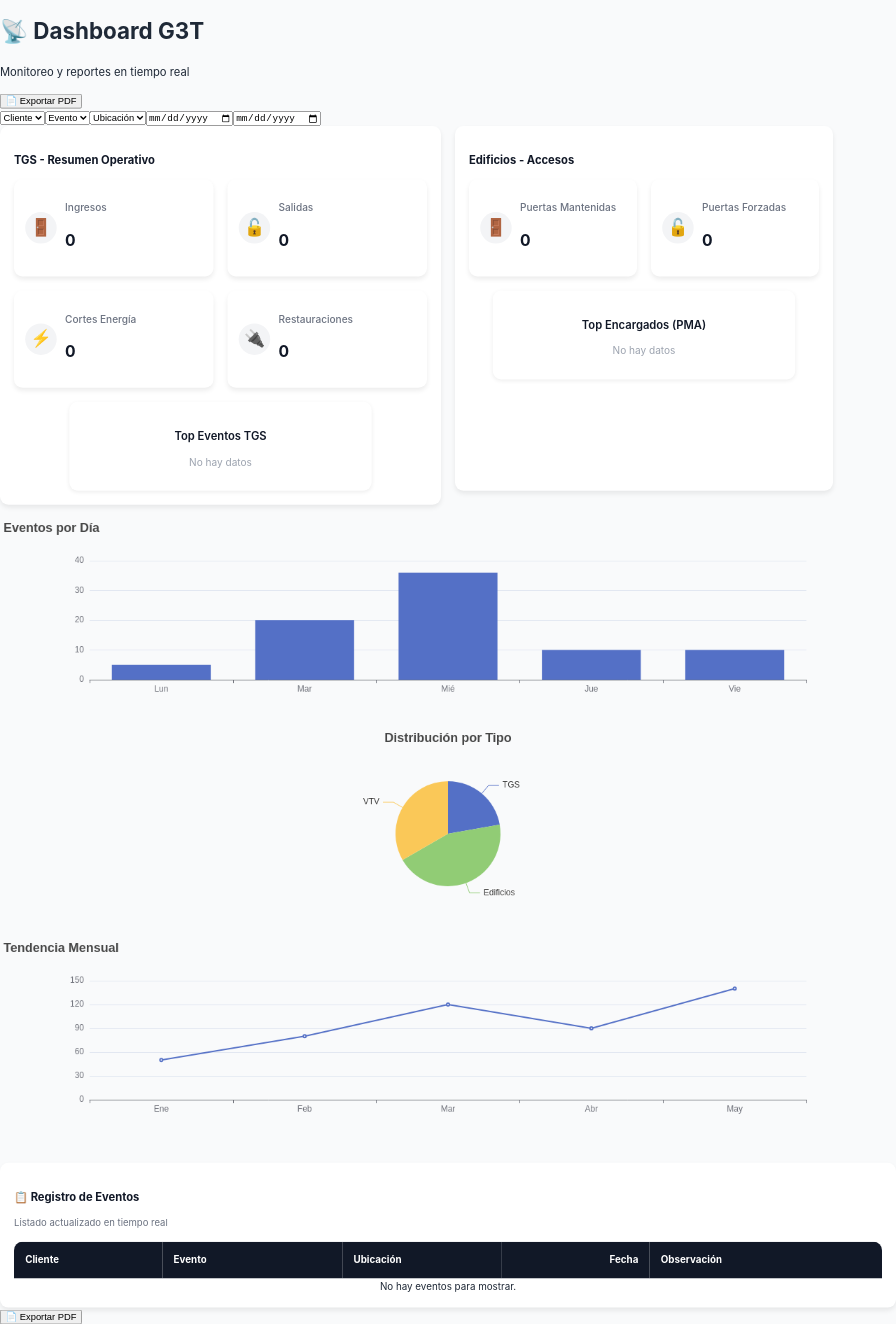
Repository: BBrian11/reportes
Page: /
An editor plug-in stored every save of this project. The page is shown before and after the next save, followed by the edit.
The browser window is 1280 px wide. The pictures show the whole page, at 70% of full size.
The page's requests for data from a server got no answer. The project was rebuilt for these pictures with package versions that can differ from the ones it lists, and the page was loaded fresh each time. No one was signed in, and anything a server would have sent is missing. Also part of the build but not shown: vite.config.js, src/styles/form.css.

Above is the page before, as saved 2025-07-29 16:47:42.

### index.html
<!DOCTYPE html>
<html lang="es">
  <head>
    <meta charset="UTF-8" />
    <meta name="viewport" content="width=device-width, initial-scale=1.0" />
    <title>Dashboard G3T</title>
  </head>
  <body>
    <div id="root"></div>
    <script type="module" src="/src/main.jsx"></script>
  </body>
</html>

### src/main.jsx
import React from "react";
import ReactDOM from "react-dom/client";
import App from "./App.jsx";
import "./styles/dashboard.css";
import "./styles/form.css";

ReactDOM.createRoot(document.getElementById("root")).render(
  <React.StrictMode>
    <App />
  </React.StrictMode>
);

### src/App.jsx
import React from "react";
import Dashboard from "./components/Dashboard/Dashboard.jsx";

export default function App() {
  return <Dashboard />;
}

### src/components/Dashboard/Dashboard.jsx
// src/components/Dashboard/Dashboard.jsx
import React, { useEffect, useState } from "react";
import Header from "./Header.jsx";
import StatsCards from "./StatsCards.jsx";
import Filters from "./Filters.jsx";
import Charts from "./Charts.jsx";
import EventsTable from "./EventsTable.jsx";
import ExportPDF from "./ExportPDF.jsx";

import { collection, onSnapshot } from "firebase/firestore";
import { db } from "../../services/firebase";
import "../../styles/dashboard.css";
import TgsStats from "./TgsStats.jsx";
import EdificioStats from "./EdificioStats.jsx";

export default function Dashboard() {
  const [eventos, setEventos] = useState([]);
  const [filtros, setFiltros] = useState({
    cliente: "",
    evento: "",
    ubicacion: "",
    fechaInicio: "",
    fechaFin: "",
  });

  // 🔹 Cargar datos de TODAS las colecciones
  useEffect(() => {
    const collections = [
      { path: "novedades/tgs/eventos", cliente: "TGS", eventoKey: "evento-tgs", ubicacionKey: "locaciones-tgs" },
      { path: "novedades/edificios/eventos", cliente: "Edificios", eventoKey: "evento-edificio" }, // 🔥 Sin ubicacionKey fijo
      { path: "novedades/vtv/eventos", cliente: "VTV", eventoKey: "evento-vtv", ubicacionKey: "planta-vtv" },
      { path: "novedades/barrios/eventos", cliente: "Barrios", eventoKey: "evento-barrios", ubicacionKey: "barrio" },
      { path: "novedades/otros/eventos", cliente: "Otros", eventoKey: "evento-otros", ubicacionKey: "otro" }
    ];


    const unsubscribes = collections.map(({ path, cliente, eventoKey, ubicacionKey }) =>
      onSnapshot(collection(db, path), (snapshot) => {
        const nuevos = snapshot.docs.map((doc) => {
          const d = doc.data();

          let ubicacion = "Sin Ubicación";

          if (cliente === "Edificios") {
            // ✅ Armar la ubicación con Edificio + Unidad
            const edificio = d["edificio"] || "";
            const unidad = d["unidad"] ? ` - ${d["unidad"]}` : "";
            ubicacion = edificio ? edificio + unidad : "Sin Ubicación";
          } else {
            // ✅ Para los demás clientes usamos ubicacionKey
            ubicacion = d[ubicacionKey] || "Sin Ubicación";
          }

          return {
            id: doc.id,
            cliente,
            evento: d[eventoKey] || "Sin Evento",
            ubicacion,
            fecha: d.fechaHoraEnvio
              ? new Date(d.fechaHoraEnvio.seconds * 1000).toLocaleString("es-AR")
              : "Sin Fecha",
            observacion: d[`observaciones-${cliente.toLowerCase()}`] || "Sin Observación",
          };
        });


        setEventos((prev) => {
          const filtradosPrev = prev.filter((e) => e.cliente !== cliente);
          return [...filtradosPrev, ...nuevos];
        });
      })
    );

    return () => unsubscribes.forEach((unsub) => unsub());
  }, []);

  // 🔍 Aplicar filtros
  const eventosFiltrados = eventos.filter((e) => {
    const fecha = new Date(e.fecha);
    const fechaInicio = filtros.fechaInicio ? new Date(filtros.fechaInicio) : null;
    const fechaFin = filtros.fechaFin ? new Date(filtros.fechaFin) : null;

    return (
      (!filtros.cliente || e.cliente === filtros.cliente) &&
      (!filtros.evento || e.evento === filtros.evento) &&
      (!filtros.ubicacion || e.ubicacion === filtros.ubicacion) &&
      (!fechaInicio || fecha >= fechaInicio) &&
      (!fechaFin || fecha <= fechaFin)
    );
  });

  return (
    <div className="dashboard-container">
      <Header />
      <Filters filtros={filtros} setFiltros={setFiltros} eventos={eventos} />
      <div className="dashboard-grid">
  <TgsStats eventos={eventosFiltrados} />
  <EdificioStats eventos={eventosFiltrados} />
</div>


      <Charts eventos={eventosFiltrados} />
      <EventsTable eventos={eventosFiltrados} />
      <ExportPDF eventos={eventosFiltrados} />
    </div>
  );

}

### src/components/Dashboard/Header.jsx
import React from 'react';

export default function Header() {
  return (
    <div className="bg-gradient-to-r from-blue-700 to-indigo-800 text-white p-4 rounded-lg shadow-md flex justify-between items-center mb-4">
      <div>
        <h1 className="text-xl font-bold">📡 Dashboard G3T</h1>
        <p className="text-sm">Monitoreo y reportes en tiempo real</p>
      </div>
      <button className="bg-white text-blue-900 px-4 py-2 rounded shadow hover:bg-gray-200 transition">
        📄 Exportar PDF
      </button>
    </div>
  );
}

### src/components/Dashboard/Filters.jsx
import React from 'react';

export default function Filters() {
  return (
    <div className="bg-white p-4 rounded-lg shadow mb-4 flex flex-wrap gap-2">
      <select className="border p-2 rounded w-full md:w-auto">
        <option>Cliente</option>
      </select>
      <select className="border p-2 rounded w-full md:w-auto">
        <option>Evento</option>
      </select>
      <select className="border p-2 rounded w-full md:w-auto">
        <option>Ubicación</option>
      </select>
      <input type="date" className="border p-2 rounded w-full md:w-auto" />
      <input type="date" className="border p-2 rounded w-full md:w-auto" />
    </div>
  );
}

### src/components/Dashboard/Charts.jsx
import React from 'react';
import BarChart from './BarChart.jsx';
import PieChart from './PieChart.jsx';
import LineChart from './LineChart.jsx';

export default function Charts() {
  return (
    <div className="grid grid-cols-1 lg:grid-cols-3 gap-4 mb-4">
      <BarChart />
      <PieChart />
      <LineChart />
    </div>
  );
}

### src/components/Dashboard/EventsTable.jsx
import React from "react";
import DataTable, { createTheme } from "react-data-table-component";
import "../../styles/eventstable.css";

// ✅ Tema personalizado para DataTable
createTheme("g3tTheme", {
  text: {
    primary: "#1f2937",
    secondary: "#6b7280",
  },
  background: {
    default: "#ffffff",
  },
  context: {
    background: "#2563eb",
    text: "#FFFFFF",
  },
  divider: {
    default: "#e5e7eb",
  },
  action: {
    button: "rgba(0,0,0,.54)",
    hover: "rgba(0,0,0,.08)",
    disabled: "rgba(0,0,0,.12)",
  },
});

export default function EventsTable({ eventos }) {
  const columns = [
    { name: "Cliente", selector: row => row.cliente, sortable: true, grow: 1.2 },
    { name: "Evento", selector: row => row.evento, sortable: true, grow: 1.5 },
    { name: "Ubicación", selector: row => row.ubicacion, grow: 1.3 },
    { name: "Fecha", selector: row => row.fecha, sortable: true, right: true, grow: 1.2 },
    { name: "Observación", selector: row => row.observacion, grow: 2, wrap: true },
  ];

  const customStyles = {
    headCells: {
      style: {
        fontWeight: "700",
        fontSize: "14px",
        backgroundColor: "#111827",
        color: "#fff",
        paddingTop: "12px",
        paddingBottom: "12px",
      },
    },
    cells: {
      style: {
        fontSize: "13px",
        paddingTop: "8px",
        paddingBottom: "8px",
      },
    },
    rows: {
      style: {
        "&:hover": {
          backgroundColor: "#f3f4f6",
          cursor: "pointer",
        },
      },
    },
  };

  return (
    <div className="event-table-card">
      <div className="table-header">
        <h3 className="table-title">
          📋 Registro de Eventos
        </h3>
        <span className="table-subtitle">Listado actualizado en tiempo real</span>
      </div>
      <DataTable
        columns={columns}
        data={eventos}
        pagination
        highlightOnHover
        responsive
        persistTableHead
        striped
        noDataComponent="No hay eventos para mostrar."
        theme="g3tTheme"
        customStyles={customStyles}
        paginationPerPage={10}
        paginationRowsPerPageOptions={[10, 20, 50]}
        fixedHeader
        fixedHeaderScrollHeight="400px"
      />
    </div>
  );
}

### src/components/Dashboard/ExportPDF.jsx
import React from 'react';

export default function ExportPDF() {
  const handleExport = () => {
    alert('Generación de PDF en desarrollo');
  };

  return (
    <div className="text-center mb-4">
      <button
        onClick={handleExport}
        className="bg-blue-600 text-white px-6 py-2 rounded shadow hover:bg-blue-700 transition"
      >
        📄 Exportar PDF
      </button>
    </div>
  );
}

### src/components/Dashboard/TgsStats.jsx
import React from "react";
import "../../styles/tgsstats.css";

export default function TgsStats({ eventos }) {
  const aperturas = eventos.filter(e => e.evento.includes("Ingreso de Personal")).length;
  const cierres = eventos.filter(e => e.evento.includes("Salida de Personal")).length;
  const cortes = eventos.filter(e => e.evento.includes("Corte de energía eléctrica")).length;
  const restauraciones = eventos.filter(e => e.evento.includes("Restauración de energía eléctrica")).length;

  const stats = [
    { icon: "🚪", label: "Ingresos", value: aperturas },
    { icon: "🔓", label: "Salidas", value: cierres },
    { icon: "⚡", label: "Cortes Energía", value: cortes },
    { icon: "🔌", label: "Restauraciones", value: restauraciones },
  ];

  // Ranking dinámico: top eventos TGS
  const eventosTgs = eventos.filter(e => e.cliente === "TGS");
  const countEventos = {};
  eventosTgs.forEach(e => {
    countEventos[e.evento] = (countEventos[e.evento] || 0) + 1;
  });
  const topEventos = Object.entries(countEventos).sort((a, b) => b[1] - a[1]).slice(0, 5);

  return (
    <div className="tgs-card">
      <h3 className="section-title">TGS - Resumen Operativo</h3>
      <div className="stats-grid">
        {stats.map((item, idx) => (
          <div key={idx} className="stats-card">
            <div className="stats-icon">{item.icon}</div>
            <div>
              <p className="stats-title">{item.label}</p>
              <h2 className="stats-value">{item.value}</h2>
            </div>
          </div>
        ))}
      </div>

      {/* Ranking */}
      <div className="ranking-card">
        <h4 className="ranking-title">Top Eventos TGS</h4>
        {topEventos.length > 0 ? (
          <ul className="ranking-list">
            {topEventos.map(([nombre, count], idx) => (
              <li key={idx} className="ranking-item">
                <span className="ranking-name">{nombre}</span>
                <span className="ranking-count">{count}</span>
              </li>
            ))}
          </ul>
        ) : (
          <p className="ranking-empty">No hay datos</p>
        )}
      </div>
    </div>
  );
}

### src/components/Dashboard/EdificioStats.jsx
import React from "react";
import "../../styles/edificiostats.css";

export default function EdificioStats({ eventos }) {
  const totalPMA = eventos.filter(e => e.evento.includes("Puerta Mantenida Abierta")).length;
  const totalForzada = eventos.filter(e => e.evento.includes("Puerta Forzada")).length;

  const encargados = {};
  eventos.forEach(e => {
    if (e.evento.includes("Puerta Mantenida Abierta") && e.observacion?.includes("Encargado")) {
      encargados[e.observacion] = (encargados[e.observacion] || 0) + 1;
    }
  });

  const topEncargados = Object.entries(encargados).sort((a, b) => b[1] - a[1]).slice(0, 5);

  return (
    <div className="edificio-card">
      <h3 className="section-title">Edificios - Accesos</h3>

      {/* KPIs */}
      <div className="stats-grid">
        <div className="stats-card">
          <div className="stats-icon">🚪</div>
          <div>
            <p className="stats-title">Puertas Mantenidas</p>
            <h2 className="stats-value">{totalPMA}</h2>
          </div>
        </div>
        <div className="stats-card">
          <div className="stats-icon">🔓</div>
          <div>
            <p className="stats-title">Puertas Forzadas</p>
            <h2 className="stats-value">{totalForzada}</h2>
          </div>
        </div>
      </div>

      {/* Ranking como card */}
      <div className="ranking-card">
        <h4 className="ranking-title">Top Encargados (PMA)</h4>
        {topEncargados.length > 0 ? (
          <ul className="ranking-list">
            {topEncargados.map(([nombre, count], idx) => (
              <li key={idx} className="ranking-item">
                <span className="ranking-name">{nombre}</span>
                <span className="ranking-count">{count}</span>
              </li>
            ))}
          </ul>
        ) : (
          <p className="ranking-empty">No hay datos</p>
        )}
      </div>
    </div>
  );
}

### src/styles/statscards.css
.stats-grid {
    display: grid;
    grid-template-columns: 1fr;
    gap: 20px;
    margin-bottom: 20px;
  }

  @media (min-width: 768px) {
    .stats-grid {
      grid-template-columns: repeat(3, 1fr);
    }
  }

  .stats-card {
    background: #fff;
    padding: 20px;
    border-radius: 12px;
    box-shadow: 0 4px 8px rgba(0,0,0,0.08);
    display: flex;
    align-items: center;
    gap: 15px;
    transition: transform 0.2s ease, box-shadow 0.2s ease;
  }

  .stats-card:hover {
    transform: translateY(-4px);
    box-shadow: 0 8px 16px rgba(0,0,0,0.12);
  }

  .stats-icon {
    font-size: 2rem;
    background: #f3f4f6;
    border-radius: 50%;
    width: 50px;
    height: 50px;
    display: flex;
    align-items: center;
    justify-content: center;
  }

  .stats-title {
    font-size: 0.9rem;
    color: #6b7280;
    font-weight: 500;
  }

  .stats-value {
    font-size: 1.4rem;
    font-weight: bold;
    color: #111827;
  }

  .loading-message {
    text-align: center;
    font-size: 1rem;
    color: #9ca3af;
  }

### src/components/Dashboard/BarChart.jsx
import React, { useEffect } from 'react';
import * as echarts from 'echarts';

export default function BarChart() {
  useEffect(() => {
    const chart = echarts.init(document.getElementById('barChart'));
    chart.setOption({
      title: { text: 'Eventos por Día' },
      tooltip: {},
      xAxis: { data: ['Lun', 'Mar', 'Mié', 'Jue', 'Vie'] },
      yAxis: {},
      series: [{ type: 'bar', data: [5, 20, 36, 10, 10] }]
    });
  }, []);

  return <div id="barChart" style={{ height: '300px' }} className="bg-white rounded-lg shadow p-2"></div>;
}

### src/components/Dashboard/PieChart.jsx
import React, { useEffect } from 'react';
import * as echarts from 'echarts';

export default function PieChart() {
  useEffect(() => {
    const chart = echarts.init(document.getElementById('pieChart'));
    chart.setOption({
      title: { text: 'Distribución por Tipo', left: 'center' },
      series: [
        {
          type: 'pie',
          radius: '50%',
          data: [
            { value: 10, name: 'TGS' },
            { value: 20, name: 'Edificios' },
            { value: 15, name: 'VTV' }
          ]
        }
      ]
    });
  }, []);

  return <div id="pieChart" style={{ height: '300px' }} className="bg-white rounded-lg shadow p-2"></div>;
}

### src/components/Dashboard/LineChart.jsx
import React, { useEffect } from 'react';
import * as echarts from 'echarts';

export default function LineChart() {
  useEffect(() => {
    const chart = echarts.init(document.getElementById('lineChart'));
    chart.setOption({
      title: { text: 'Tendencia Mensual' },
      xAxis: { type: 'category', data: ['Ene', 'Feb', 'Mar', 'Abr', 'May'] },
      yAxis: { type: 'value' },
      series: [{ data: [50, 80, 120, 90, 140], type: 'line' }]
    });
  }, []);

  return <div id="lineChart" style={{ height: '300px' }} className="bg-white rounded-lg shadow p-2"></div>;
}

### src/styles/eventstable.css
.event-table-card {
    background: #fff;
    border-radius: 12px;
    box-shadow: 0 4px 8px rgba(0,0,0,0.08);
    padding: 20px;
    margin-top: 20px;
    overflow: hidden;
  }

  .table-header {
    display: flex;
    flex-direction: column;
    margin-bottom: 16px;
  }

  .table-title {
    font-size: 1rem;
    font-weight: 700;
    color: #111827;
    display: flex;
    align-items: center;
    gap: 8px;
  }

  .table-subtitle {
    font-size: 0.85rem;
    color: #6b7280;
  }

  .rdt_TableHeader {
    border-bottom: 1px solid #e5e7eb;
  }

  .rdt_Table {
    font-size: 14px;
  }

  .rdt_TableRow {
    transition: background 0.2s ease;
  }

  .rdt_TableRow:hover {
    background: #f9fafb;
  }

  .rdt_Pagination {
    border-top: 1px solid #e5e7eb;
    padding: 10px;
    font-size: 0.85rem;
  }

### src/styles/tgsstats.css
.tgs-card {
    background: #fff;
    border-radius: 12px;
    padding: 20px;
    box-shadow: 0 4px 8px rgba(0,0,0,0.08);
  }

  .section-title {
    font-size: 1rem;
    font-weight: bold;
    margin-bottom: 16px;
    color: #111827;
  }

  .stats-grid {
    display: grid;
    grid-template-columns: 1fr 1fr;
    gap: 20px;
    margin-bottom: 20px;
  }

  .stats-card {
    background: #fff;
    padding: 16px;
    border-radius: 12px;
    box-shadow: 0 4px 8px rgba(0,0,0,0.08);
    display: flex;
    align-items: center;
    gap: 12px;
    transition: transform 0.2s ease, box-shadow 0.2s ease;
  }

  .stats-card:hover {
    transform: translateY(-4px);
    box-shadow: 0 8px 16px rgba(0,0,0,0.12);
  }

  .stats-icon {
    font-size: 1.5rem;
    background: #f3f4f6;
    border-radius: 50%;
    width: 45px;
    height: 45px;
    display: flex;
    align-items: center;
    justify-content: center;
  }

  .stats-title {
    font-size: 0.9rem;
    color: #6b7280;
    font-weight: 500;
  }

  .stats-value {
    font-size: 1.4rem;
    font-weight: bold;
    color: #111827;
  }

  /* Ranking */
  .ranking-card {
    margin-top: 20px;
    background: #fff;
    padding: 16px;
    border-radius: 12px;
    box-shadow: 0 4px 8px rgba(0,0,0,0.08);
  }

  .ranking-title {
    font-size: 1rem;
    font-weight: 600;
    margin-bottom: 12px;
    text-align: center;
    color: #111827;
  }

  .ranking-list {
    list-style: none;
    padding: 0;
    margin: 0;
  }

  .ranking-item {
    display: flex;
    justify-content: space-between;
    padding: 10px 12px;
    background: #f9fafb;
    border-radius: 8px;
    margin-bottom: 8px;
    font-size: 0.9rem;
    transition: background 0.2s ease;
  }

  .ranking-item:hover {
    background: #f3f4f6;
  }

  .ranking-count {
    font-weight: bold;
    color: #2563eb;
  }

  .ranking-empty {
    text-align: center;
    color: #9ca3af;
  }

### src/styles/edificiostats.css
/* Contenedor principal */
.edificio-card {
    background: #fff;
    border-radius: 12px;
    padding: 20px;
    margin-bottom: 20px;
    box-shadow: 0 4px 8px rgba(0, 0, 0, 0.08);
    max-width: 500px; /* ✅ Para que no se estire */
  }

  /* Ranking Card (modo card real) */
  .ranking-card {
    margin-top: 20px;
    background: #fff;
    border-radius: 12px;
    padding: 16px;
    box-shadow: 0 2px 6px rgba(0, 0, 0, 0.08);
    max-width: 400px; /* ✅ Limita ancho */
    margin-left: auto;
    margin-right: auto; /* ✅ Centrado */
  }

  /* Título */
  .ranking-title {
    font-size: 1rem;
    font-weight: 600;
    color: #111827;
    margin-bottom: 12px;
    text-align: center;
  }

  /* Lista */
  .ranking-list {
    list-style: none;
    padding: 0;
    margin: 0;
  }

  /* Ítems tipo card */
  .ranking-item {
    display: flex;
    justify-content: space-between;
    align-items: center;
    padding: 10px 12px;
    background: #f9fafb;
    border-radius: 8px;
    margin-bottom: 8px;
    font-size: 0.95rem;
    font-weight: 500;
    color: #374151;
    transition: background 0.2s ease;
  }

  .ranking-item:hover {
    background: #f3f4f6;
  }

  /* Nombre */
  .ranking-name {
    max-width: 70%;
    white-space: nowrap;
    overflow: hidden;
    text-overflow: ellipsis;
  }

  /* Contador */
  .ranking-count {
    font-weight: bold;
    color: #2563eb;
  }

  /* Mensaje vacío */
  .ranking-empty {
    text-align: center;
    color: #9ca3af;
    font-size: 0.9rem;
  }

### src/components/Dashboard/StatsCards.jsx
import React from "react";
import "../../styles/statscards.css";

export default function StatsCards({ eventos }) {
  if (!eventos || eventos.length === 0) {
    return <div className="loading-message">Cargando estadísticas...</div>;
  }

  const eventCount = {};
  const locationCount = {};

  eventos.forEach((e) => {
    eventCount[e.evento] = (eventCount[e.evento] || 0) + 1;
    locationCount[e.ubicacion] = (locationCount[e.ubicacion] || 0) + 1;
  });

  const eventoMasFrecuente = Object.entries(eventCount).sort((a, b) => b[1] - a[1])[0][0];
  const ubicacionMasFrecuente = Object.entries(locationCount).sort((a, b) => b[1] - a[1])[0][0];

  const eventosCriticosLista = ["alarma", "puerta forzada", "coacción", "pánico", "intrusión", "robo"];
  const eventoCritico =
    eventos.find((e) =>
      eventosCriticosLista.some((critico) =>
        e.evento.toLowerCase().includes(critico)
      )
    )?.evento || "Sin Evento Crítico";

  const stats = [
    { icon: "📊", title: "Evento más frecuente", value: eventoMasFrecuente },
    { icon: "📍", title: "Ubicación con más eventos", value: ubicacionMasFrecuente },
    { icon: "⚠", title: "Evento crítico detectado", value: eventoCritico },
  ];

  return (
    <div className="stats-grid">
      {stats.map((stat, index) => (
        <div key={index} className="stats-card">
          <div className="stats-icon">{stat.icon}</div>
          <div>
            <p className="stats-title">{stat.title}</p>
            <h2 className="stats-value">{stat.value}</h2>
          </div>
        </div>
      ))}
    </div>
  );
}

Loaded but not shown: src/services/firebase.js (16 lines, source omitted); src/styles/dashboard.css (265 lines, source omitted)

After the next save:
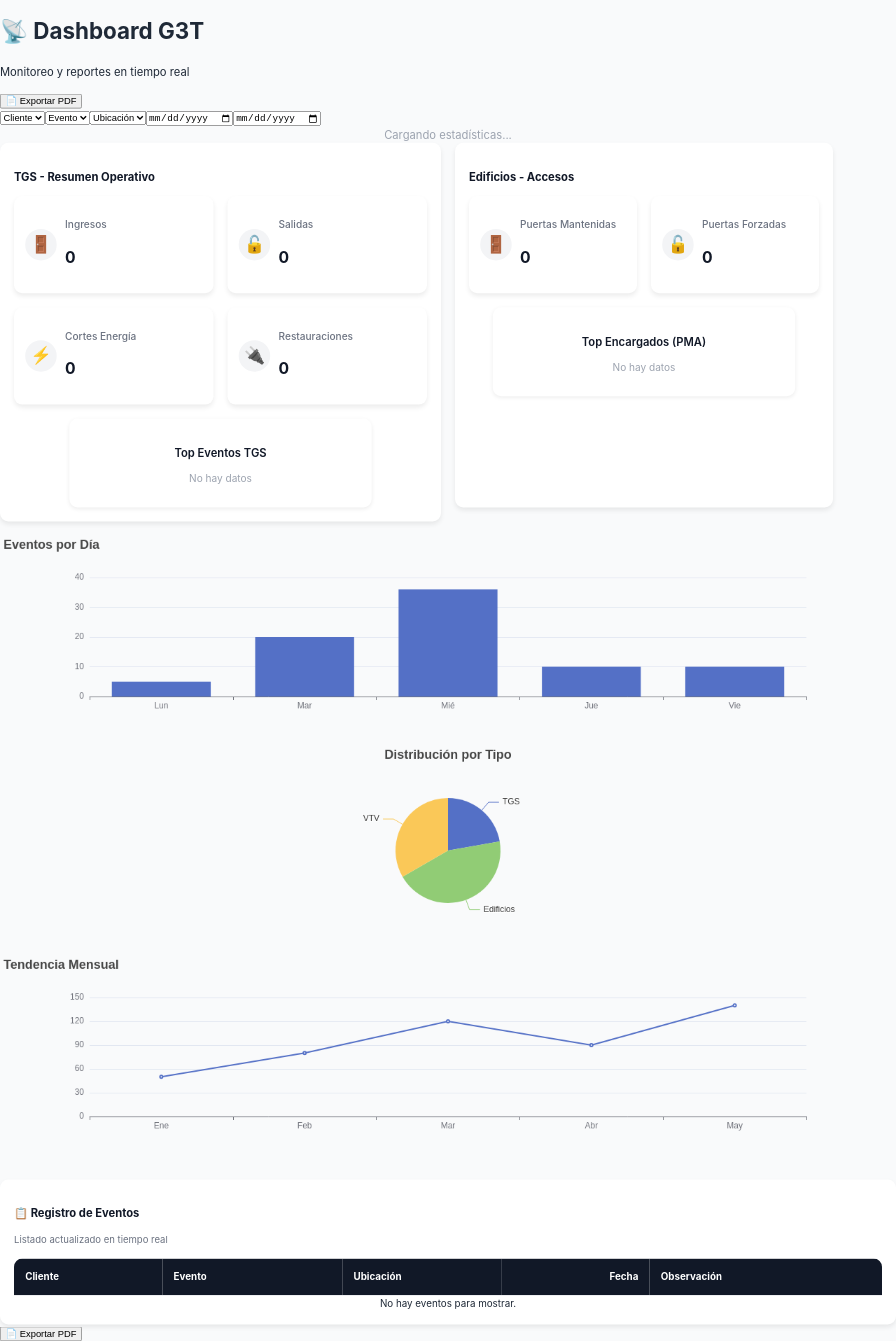
Saved 93 s later.
--- a/src/components/Dashboard/Dashboard.jsx
+++ b/src/components/Dashboard/Dashboard.jsx
@@ -92,17 +92,30 @@ export default function Dashboard() {
   return (
     <div className="dashboard-container">
       <Header />
-      <Filters filtros={filtros} setFiltros={setFiltros} eventos={eventos} />
-      <div className="dashboard-grid">
-  <TgsStats eventos={eventosFiltrados} />
-  <EdificioStats eventos={eventosFiltrados} />
-</div>
+      <div className="dashboard-content">
+        {/* Filtros */}
+        <Filters filtros={filtros} setFiltros={setFiltros} eventos={eventos} />
 
+        {/* KPIs principales */}
+        <StatsCards eventos={eventosFiltrados} />
 
-      <Charts eventos={eventosFiltrados} />
-      <EventsTable eventos={eventosFiltrados} />
-      <ExportPDF eventos={eventosFiltrados} />
+        {/* Grid para TGS y Edificios */}
+        <div className="dashboard-grid">
+          <TgsStats eventos={eventosFiltrados} />
+          <EdificioStats eventos={eventosFiltrados} />
+        </div>
+
+        {/* Gráficos */}
+        <Charts eventos={eventosFiltrados} />
+
+        {/* Tabla */}
+        <EventsTable eventos={eventosFiltrados} />
+
+        {/* Exportación PDF */}
+        <ExportPDF eventos={eventosFiltrados} />
+      </div>
     </div>
   );
 
+
 }
